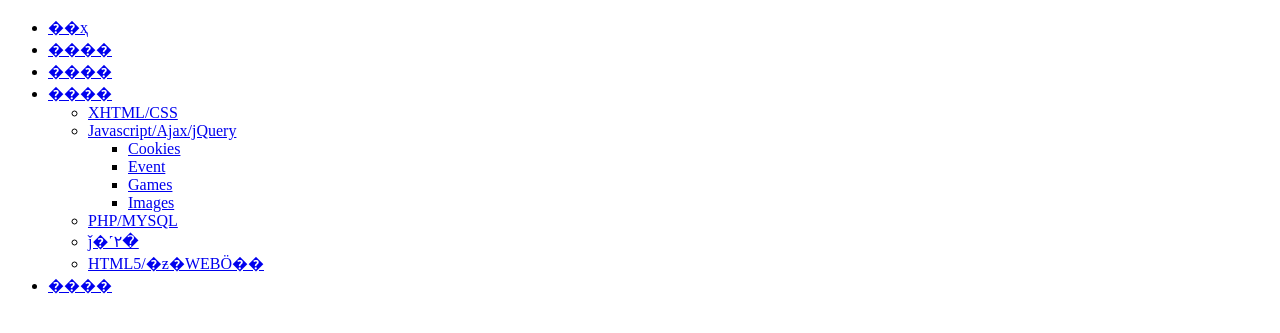
Repository: SolarHalo/dbe
Page: http://localhost/accordion.php
These files come from the project's save history. The page is drawn as it stood at one moment and after the next save; the edit follows.
The browser window is 1280 px wide. The pictures show the whole page.
The page is run by PHP 8.4 with error messages shown; the project is at /var/www/html/.

Above is the page before, as saved 2013-03-20 12:20:17.

After the next save:
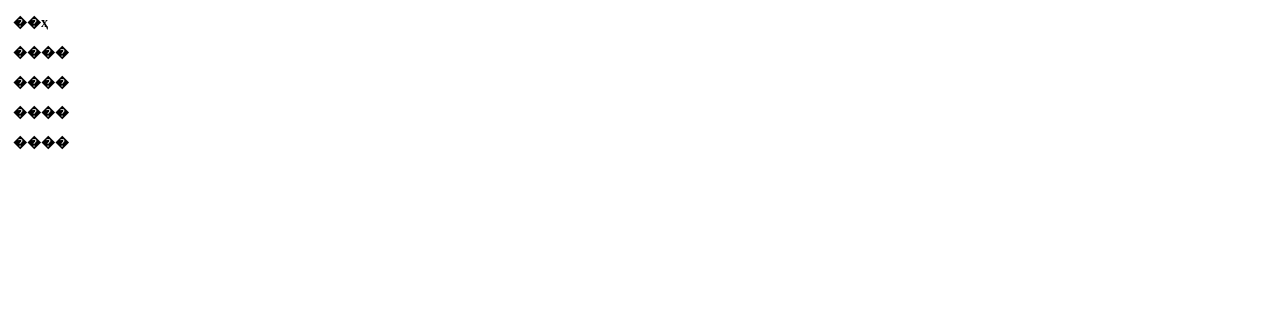
Saved 28 s later.
--- a/test/accordion.php
+++ b/test/accordion.php
@@ -2,19 +2,24 @@
 <html>
 <head>
 
+<style type="text/css">
+	.nav {width: 213px; padding: 40px 28px 25px 0;}
+ul.nav {padding: 0; margin: 0; font-size: 1em; line-height: 0.5em; list-style: none;}
+ul.nav li {}
+ul.nav li a {line-height: 10px; font-size: 14px; padding: 10px 5px; color: #000; display: block;
+text-decoration: none; font-weight: bolder;}
+ul.nav li a:hover {background-color:#675C7C;    color:white;}
+ul.nav ul { margin: 0; padding: 0;display: none;}
+ul.nav ul li { margin: 0; padding: 0; clear: both;}
+ul.nav ul li a { padding-left: 20px; font-size: 12px; font-weight: normal;}
+ul.nav ul li a:hover {background-color:#D3C99C; color:#675C7C;}
+ul.nav ul ul li a {color:silver; padding-left: 40px;}
+ul.nav ul ul li a:hover { background-color:#D3CEB8; color:#675C7C;}
+ul.nav span{float:right;}
+</style>
 
 <script src="js/jquery-1.8.0.min.js" ></script>
 <script src="js/jquery.accordion.js"></script>
-<script>
-$(document).ready(function(){
-
-$(".panel").click(function(){
-	$(".flip").slideToggle("slow");
-});
-
-});
-
-</script>
 </head>
 
 
